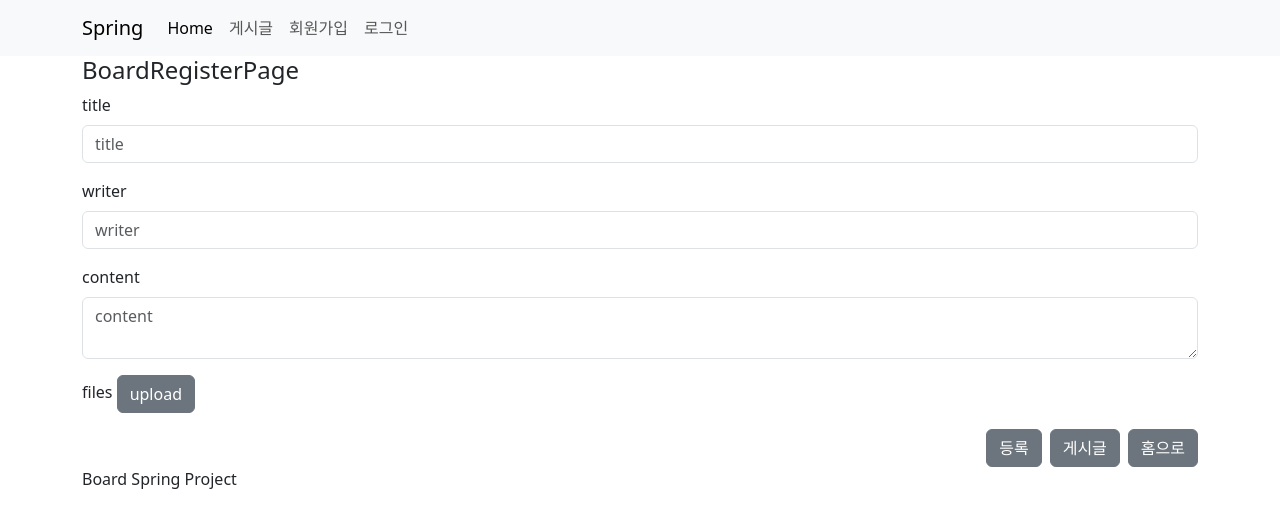
Repository: dasberaht/240430_SPRING_PROJECT
Page: http://localhost/spring_study/WEB-INF/views/board/register.jsp
An editor plug-in stored every save of this project. The page is shown before and after the next save, followed by the edit.
The browser window is 1280 px wide. The pictures show the whole page.
The page is served by Tomcat 9. Nobody is signed in. The template is opened directly, without the code that normally fills it, so the values that code supplies are empty.

Above is the page before, as saved 2024-04-29 01:35:53.

### spring_study/src/main/webapp/WEB-INF/views/board/register.jsp
<%@ page language="java" contentType="text/html; charset=UTF-8"
    pageEncoding="UTF-8"%>
<!DOCTYPE html>
<html>
<head>
<meta charset="UTF-8">
<title>Insert title here</title>
</head>
<body>
<jsp:include page="../layout/header.jsp" />
<div class="container-md">
	<h4>BoardRegisterPage</h4>
	<div>
		<form action="/board/insert" method="post" enctype="multipart/form-data">
			<div class="mb-3">
			  <label for="t" class="form-label">title</label>
			  <input type="text" class="form-control" name="title" id="t" placeholder="title">
			</div>
			<div class="mb-3">
			  <label for="w" class="form-label">writer</label>
			  <input type="text" class="form-control" name="writer" id="w" placeholder="writer" value="${ses.id }" readonly="readonly">
			</div>
			<div class="mb-3">
			  <label for="c" class="form-label">content</label>
			  <textarea class="form-control"  aria-label="With textarea" id="c" name="content" placeholder="content"></textarea>
			</div>

			<!-- file 입력 라인 -->
			<div class="mb-3">
			  <label for="file" class="form-label">files</label>
			  <input type="file" class="form-control" name="files" id="file" multiple="multiple" style="display: none">
			  <button type="button" class="btn btn-secondary">upload</button>
			</div>

			<div class="d-grid gap-2 d-md-flex justify-content-md-end">
			<button type="submit" class="btn btn-secondary">등록</button>
			<a href="/board/list"><button type="button" class="btn btn-secondary">게시글</button></a>
			<a href="/"><button type="button" class="btn btn-secondary">홈으로</button></a>
			</div>
		</form>
	</div>
</div>

<jsp:include page="../layout/footer.jsp" />
</body>
</html>

### spring_study/src/main/webapp/WEB-INF/views/layout/header.jsp
<%@ page language="java" contentType="text/html; charset=UTF-8"
    pageEncoding="UTF-8"%>
    <%@ taglib uri="http://java.sun.com/jsp/jstl/core" prefix="c" %>
<!DOCTYPE html>
<html>
<head>
<meta charset="UTF-8">
<title>header.jsp</title>
<link href="https://cdn.jsdelivr.net/npm/bootstrap@5.3.3/dist/css/bootstrap.min.css" rel="stylesheet" integrity="sha384-QWTKZyjpPEjISv5WaRU9OFeRpok6YctnYmDr5pNlyT2bRjXh0JMhjY6hW+ALEwIH" crossorigin="anonymous">
<script src="https://cdn.jsdelivr.net/npm/bootstrap@5.3.3/dist/js/bootstrap.bundle.min.js" integrity="sha384-YvpcrYf0tY3lHB60NNkmXc5s9fDVZLESaAA55NDzOxhy9GkcIdslK1eN7N6jIeHz" crossorigin="anonymous"></script>
</head>
<body>
<!-- 부트스트랩 네비게이션 바 참고 -->
<nav class="navbar navbar-expand-lg bg-body-tertiary">
  <!-- <div class="container-fluid"> -->
  <div class="container-md">
    <a class="navbar-brand" href="/">Spring</a>
    <button class="navbar-toggler" type="button" data-bs-toggle="collapse" data-bs-target="#navbarSupportedContent" aria-controls="navbarSupportedContent" aria-expanded="false" aria-label="Toggle navigation">
      <span class="navbar-toggler-icon"></span>
    </button>
    <div class="collapse navbar-collapse" id="navbarSupportedContent">
      <ul class="navbar-nav me-auto mb-2 mb-lg-0">
        <li class="nav-item">
          <a class="nav-link active" aria-current="page" href="/">Home</a>
        </li>
        <li class="nav-item">
          <a class="nav-link" href="/board/list">게시글</a>
        </li>

        <c:if test="${ses.id == null }">
        <li class="nav-item">
          <a class="nav-link" href="/member/register">회원가입</a>
        </li>
        <li class="nav-item">
          <a class="nav-link" href="/member/login">로그인</a>
        </li>
        </c:if>

        <c:if test="${ses.id != null }">
        <li class="nav-item">
          <a class="nav-link" href="/board/register">글쓰기</a>
        </li>
        <li class="nav-item">
          <a class="nav-link" href="/member/modify">${ses.id}(${ses.email })</a>
        </li>
        <li class="nav-item">
          <a class="nav-link" href="/member/logout">로그아웃</a>
        </li>
        </c:if>

      </ul>
    </div>
  </div>
</nav>

### spring_study/src/main/webapp/WEB-INF/views/layout/footer.jsp
<%@ page language="java" contentType="text/html; charset=UTF-8"
    pageEncoding="UTF-8"%>
<!DOCTYPE html>

<title>footer.jsp</title>
	<div class="container-md">
		Board Spring Project ${serverTime }
	</div>

</body>
</html>

After the next save:
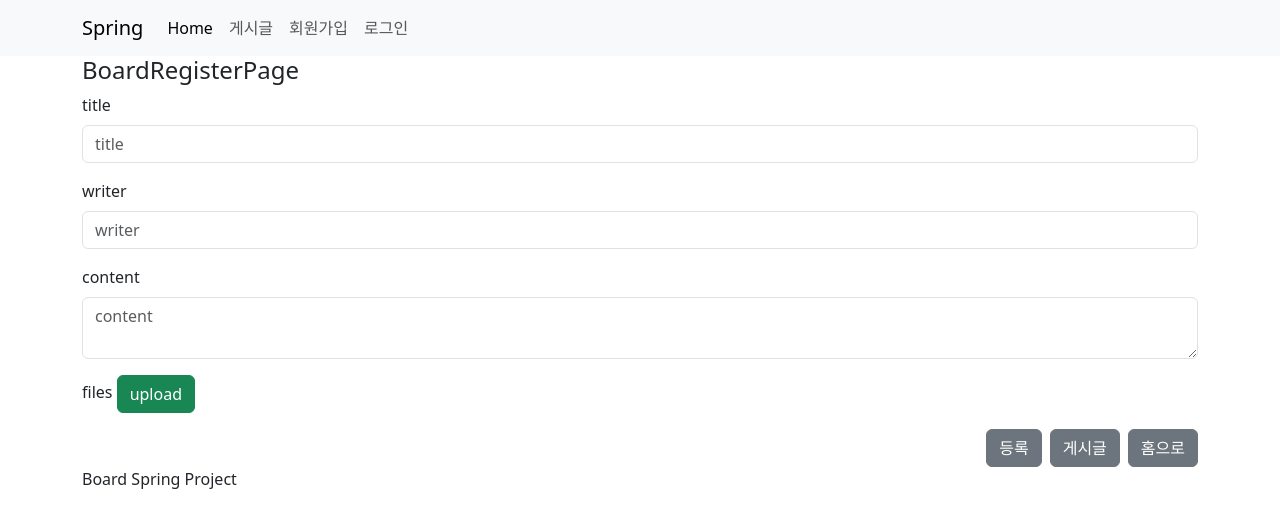
Saved 37 s later.
--- a/spring_study/src/main/webapp/WEB-INF/views/board/register.jsp
+++ b/spring_study/src/main/webapp/WEB-INF/views/board/register.jsp
@@ -29,7 +29,7 @@
 			<div class="mb-3">
 			  <label for="file" class="form-label">files</label>
 			  <input type="file" class="form-control" name="files" id="file" multiple="multiple" style="display: none">
-			  <button type="button" class="btn btn-secondary">upload</button>
+			  <button type="button" class="btn btn-success">upload</button>
 			</div>
 
 			<div class="d-grid gap-2 d-md-flex justify-content-md-end">
